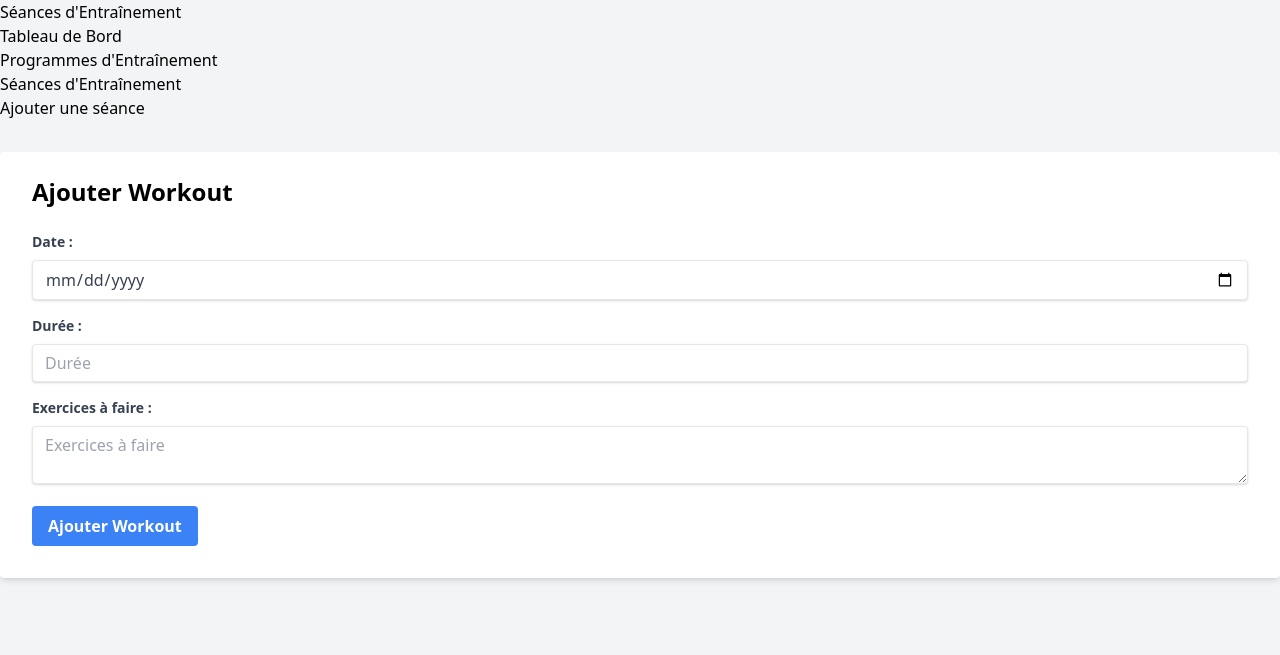
Repository: rimessouabni/polyfit
Page: src/main/resources/static/AddWorkout.html
An editor plug-in stored every save of this project. The page is shown before and after the next save, followed by the edit.
The browser window is 1280 px wide. The pictures show the whole page.

Above is the page before, as saved 2024-03-18 16:12:41.

### src/main/resources/static/AddWorkout.html
<!DOCTYPE html>
<html lang="en">
<head>
    <meta charset="UTF-8">
    <meta name="viewport" content="width=device-width, initial-scale=1.0">
    <title>Ajouter Workout</title>
    <link href="https://cdn.jsdelivr.net/npm/tailwindcss@2.2.19/dist/tailwind.min.css" rel="stylesheet">
</head>
<body class="bg-gray-100">
    <header>
        <h1>Séances d'Entraînement</h1>
        <nav>
            <ul>
                <li><a href="dashboard.html">Tableau de Bord</a></li>
                <li><a href="programs.html">Programmes d'Entraînement</a></li>
                <li><a href="workouts.html">Séances d'Entraînement</a></li>
                <li><a href="AddWorkout.html">Ajouter une séance</a></li>
            </ul>
        </nav>
    </header>


    <div class="container mx-auto mt-8">
        <div class="bg-white shadow-md rounded px-8 pt-6 pb-8 mb-4">
            <h2 class="text-2xl font-bold mb-6">Ajouter Workout</h2>
            <form>
                <div class="mb-4">
                    <label class="block text-gray-700 text-sm font-bold mb-2" for="date">Date :</label>
                    <input class="shadow appearance-none border rounded w-full py-2 px-3 text-gray-700 leading-tight focus:outline-none focus:shadow-outline" id="date" type="date" placeholder="Date">
                </div>
                <div class="mb-4">
                    <label class="block text-gray-700 text-sm font-bold mb-2" for="duration">Durée :</label>
                    <input class="shadow appearance-none border rounded w-full py-2 px-3 text-gray-700 leading-tight focus:outline-none focus:shadow-outline" id="duration" type="text" placeholder="Durée">
                </div>
                <div class="mb-4">
                    <label class="block text-gray-700 text-sm font-bold mb-2" for="exercises">Exercices à faire :</label>
                    <textarea class="shadow appearance-none border rounded w-full py-2 px-3 text-gray-700 leading-tight focus:outline-none focus:shadow-outline" id="exercises" placeholder="Exercices à faire"></textarea>
                </div>
                <!-- Ajouter d'autres champs ici selon les besoins -->

                <div class="flex items-center justify-between">
                    <button class="bg-blue-500 hover:bg-blue-700 text-white font-bold py-2 px-4 rounded focus:outline-none focus:shadow-outline" type="submit">
                        Ajouter Workout
                    </button>
                </div>
            </form>
        </div>
    </div>

</body>
</html>

After the next save:
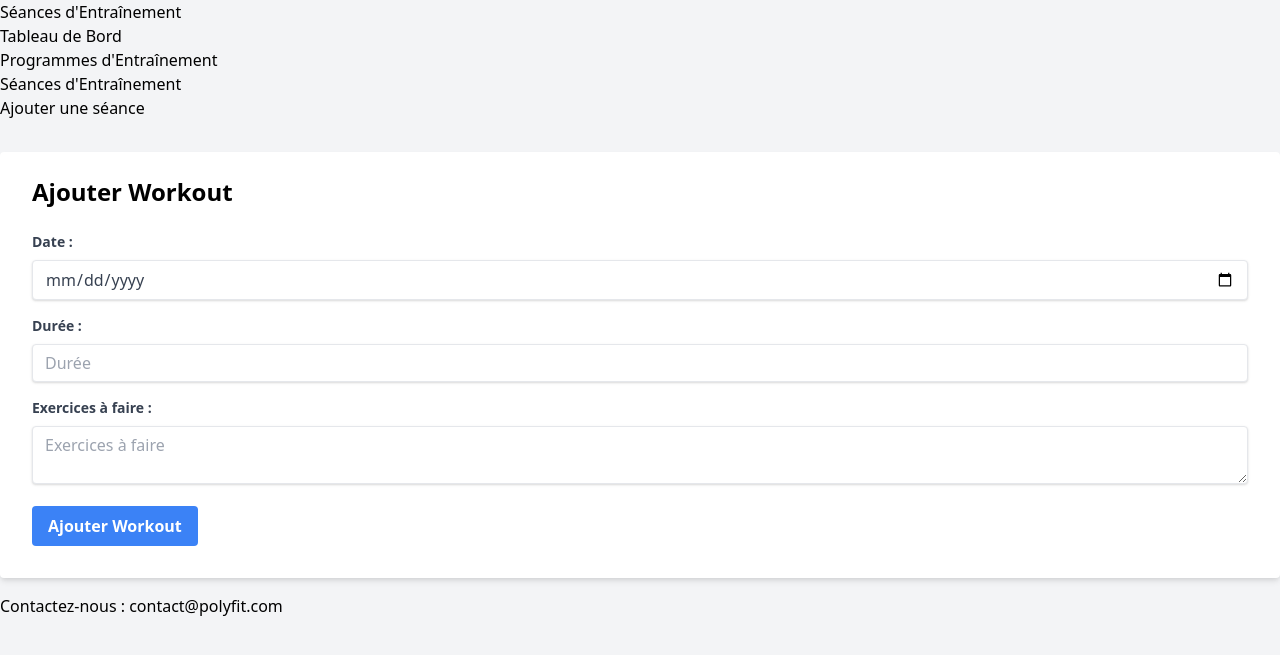
Saved 7 s later.
--- a/src/main/resources/static/AddWorkout.html
+++ b/src/main/resources/static/AddWorkout.html
@@ -47,5 +47,9 @@
         </div>
     </div>
 
+
+    <footer>
+        <p>Contactez-nous : contact@polyfit.com</p>
+    </footer>
 </body>
 </html>
